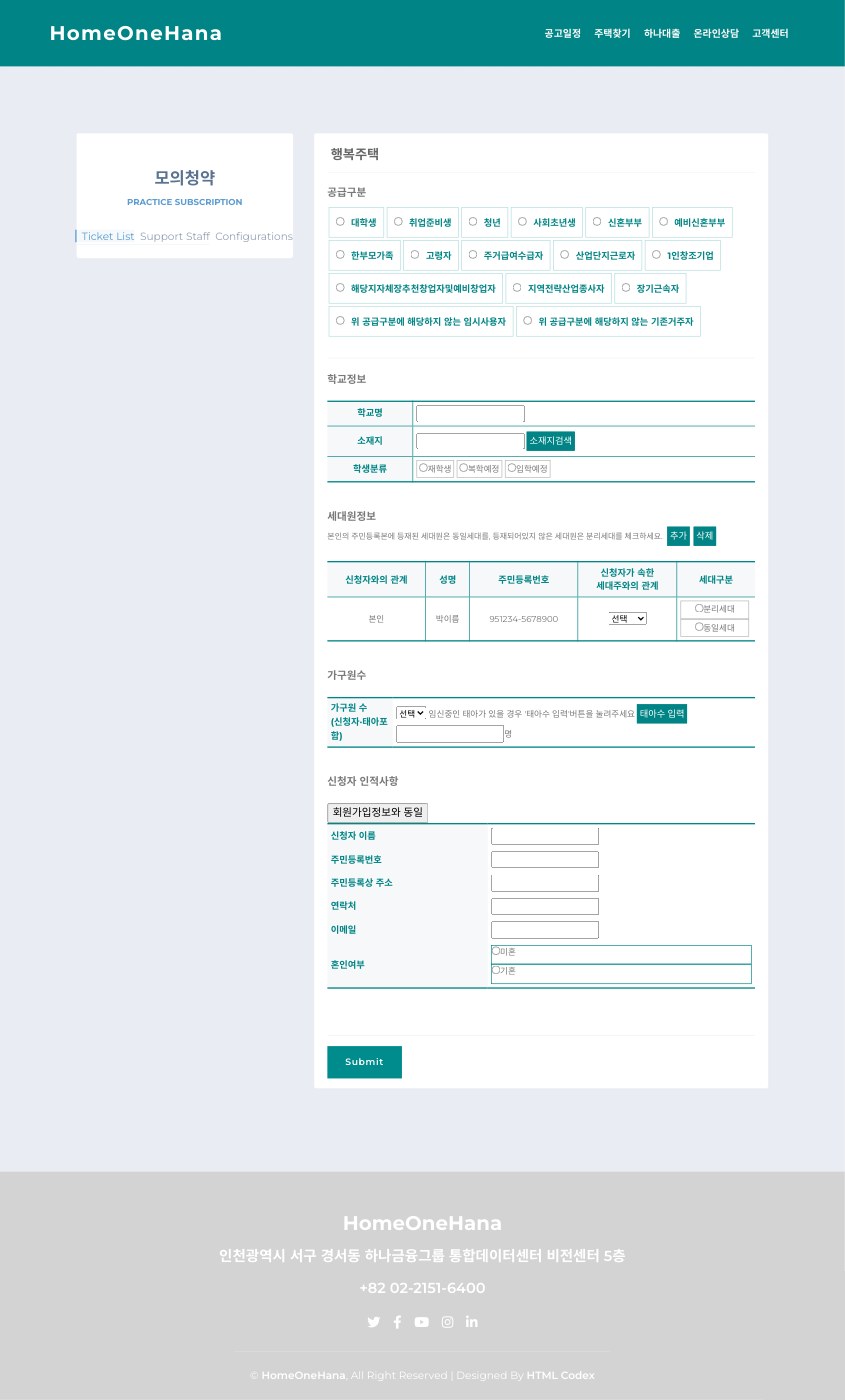
Repository: koposoftware/2021_10_syyoon
Page: http://localhost/HomeOneHana/WEB-INF/jsp/subscription/subscription.jsp
The author's editor kept a copy of each file at every save. The page is drawn from the files as they stood at one save, then again after a run of saves.
The browser window is 1280 px wide. The pictures show the whole page, at 66% of full size.
Some icons come from a web library that is not loaded, so they are not drawn. Some web libraries are served in a nearby version. The page is served by Tomcat 9. Nobody is signed in. The template is opened directly, without the code that normally fills it, so the values that code supplies are empty.

Above is the page before, as saved 2021-09-15 00:52:50.

After the next 2 saves:
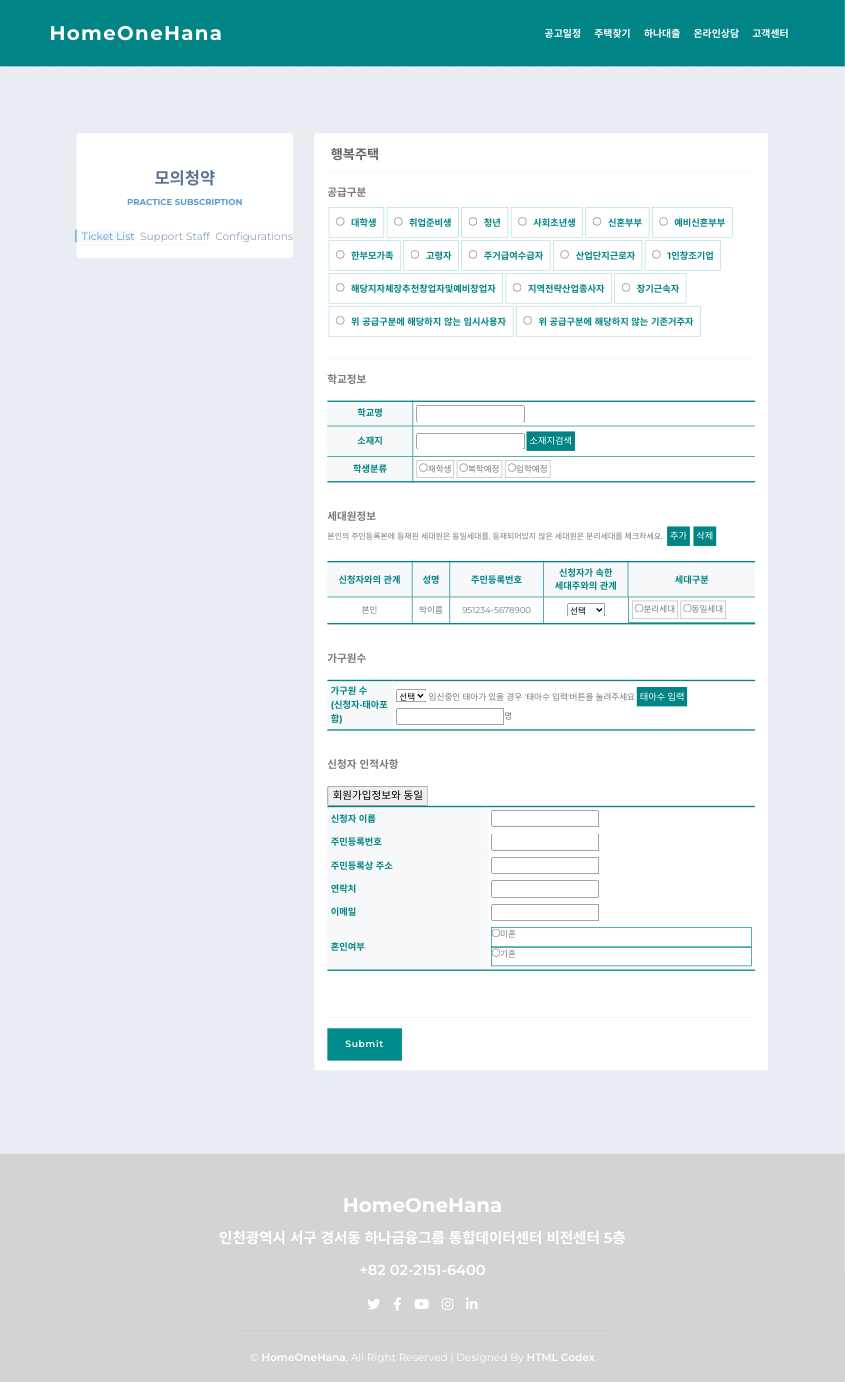
The 2 saves are shown as one change because they came seconds apart.
The last was saved 21 s later.
--- a/project/Spring-mvc/HomeOneHana/src/main/webapp/WEB-INF/jsp/subscription/subscription.jsp
+++ b/project/Spring-mvc/HomeOneHana/src/main/webapp/WEB-INF/jsp/subscription/subscription.jsp
@@ -151,7 +151,7 @@
 				                                							<option>조부모</option>
 				                                						</select>
 				                                					</td>
-				                                					<td>
+				                                					<td style="display:flex;">
 				                                						<div class="rdoBox"><input type="radio" id="seperate" name="familytype" value="분리세대"><label for="seperate" >분리세대</label></div>
 				                                						<div class="rdoBox"><input type="radio" id="same" name="familytype" value="동일세대"><label for="same" >동일세대</label></div>
 				                                					</td>
